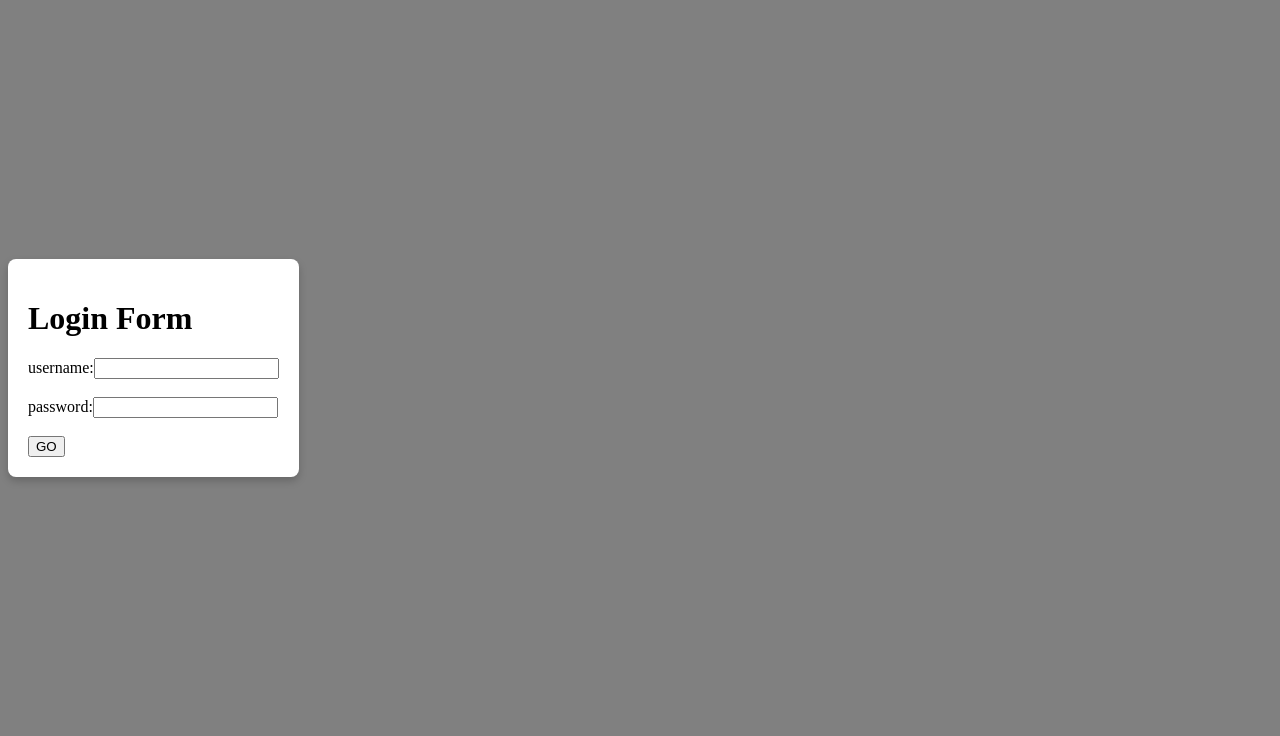
Repository: VIJAYkollu-7568/rakhi
Page: jsp/src/main/webapp/login.html
An editor plug-in stored every save of this project. The page is shown before and after the next save, followed by the edit.
The browser window is 1280 px wide. The pictures show the whole page.

Above is the page before, as saved 2024-11-07 09:19:24.

After the next save:
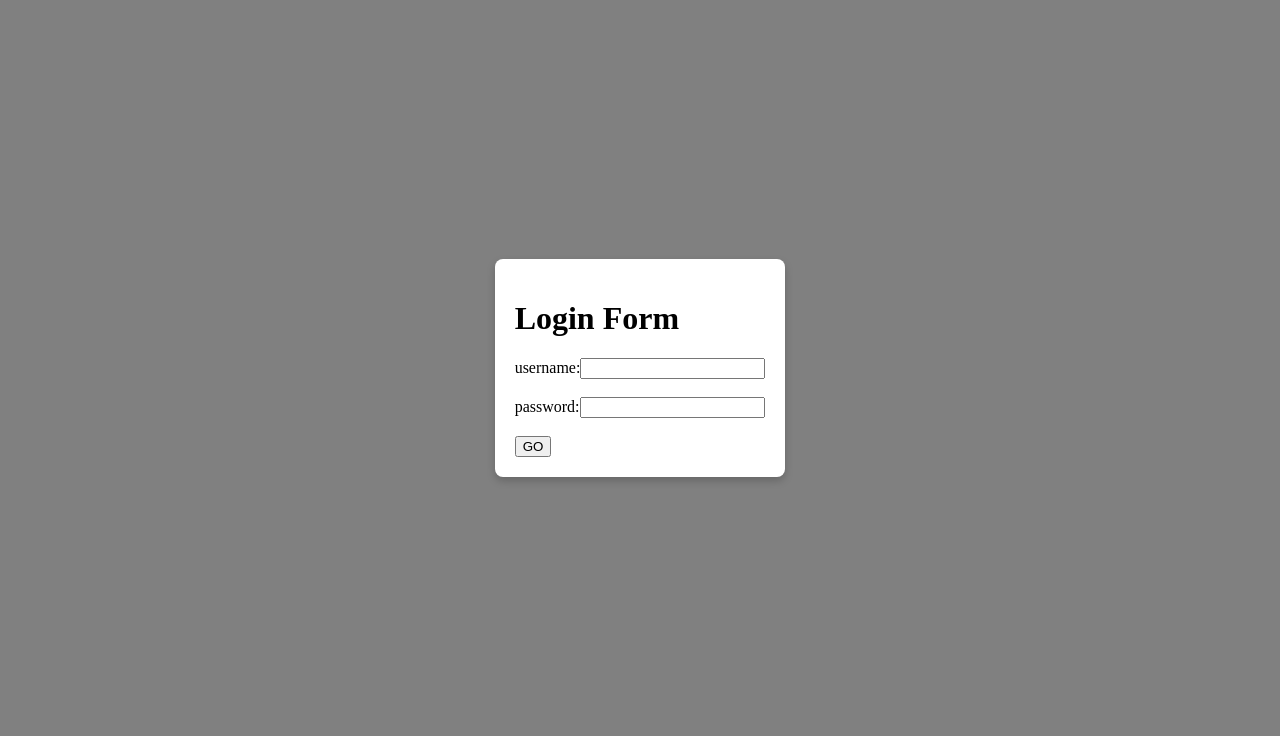
Saved 25 s later.
--- a/jsp/src/main/webapp/login.html
+++ b/jsp/src/main/webapp/login.html
@@ -9,8 +9,8 @@
 body{
 display: flex;
 background-color:grey;
- min-height: 100vh;
-
+min-height: 100vh;
+justify-content:center;
 align-items: center;
 
 }
